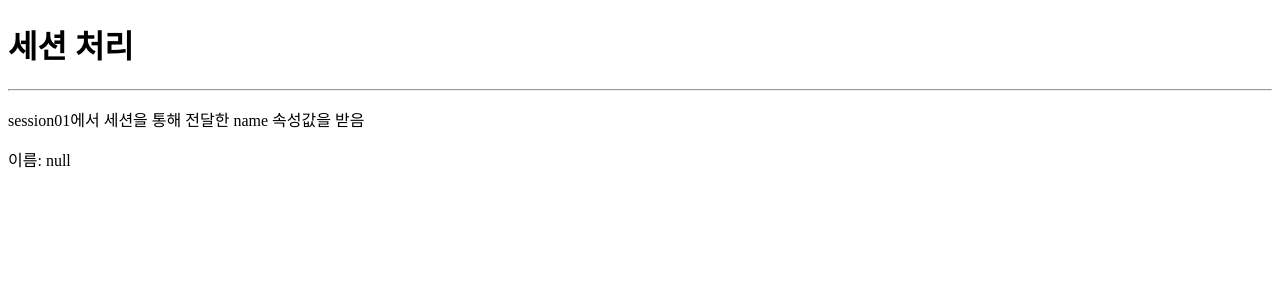
Repository: jsb5589/JAVAStudy
Page: http://localhost/JSP02/sessions/session03.jsp
The author's editor kept a copy of each file at every save. The page is drawn from the files as they stood at one save, then again after the next save.
The browser window is 1280 px wide. The pictures show the whole page.
The page is served by Tomcat 9. Other server files are loaded and not shown.

Above is the page before, as saved 2021-08-09 07:58:36.

### EZWebs/JSP02/src/main/webapp/sessions/session03.jsp
<%@ page language="java" contentType="text/html; charset=UTF-8"
    pageEncoding="UTF-8"%>

<%
	String name = (String)session.getAttribute("name");
%>

<!DOCTYPE html>
<html>
<head>
	<meta charset="UTF-8">
	<title>세션 처리</title>
</head>
<body>
	<h1>세션 처리</h1>
	<hr>
	<p>session01에서 세션을 통해 전달한 name 속성값을 받음</p>
	<p>이름: <%=name %> </p>
</body>
</html>

After the next save:
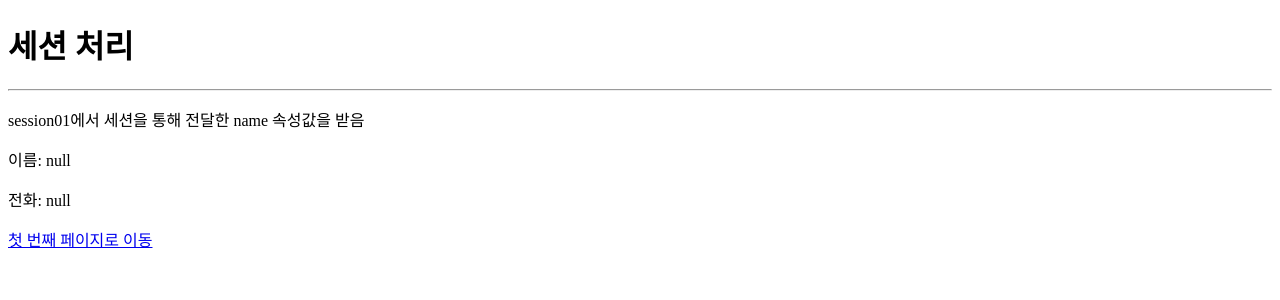
Saved 3 min 50 s later.
--- a/EZWebs/JSP02/src/main/webapp/sessions/session03.jsp
+++ b/EZWebs/JSP02/src/main/webapp/sessions/session03.jsp
@@ -3,6 +3,7 @@
 
 <%
 	String name = (String)session.getAttribute("name");
+	String tel = (String)session.getAttribute("tel");
 %>
 
 <!DOCTYPE html>
@@ -16,5 +17,7 @@
 	<hr>
 	<p>session01에서 세션을 통해 전달한 name 속성값을 받음</p>
 	<p>이름: <%=name %> </p>
+	<p>전화: <%=tel %></p>
+	<a href="sessions/session01.jsp">첫 번째 페이지로 이동</a>
 </body>
 </html>
